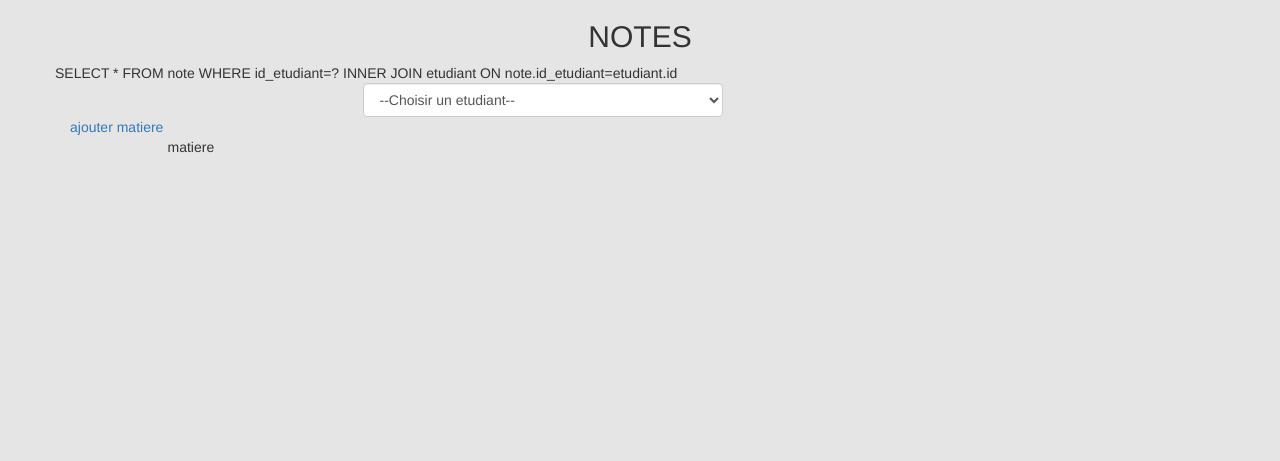
Repository: mitantsoa1/CRUD-note
Page: http://localhost/note
An editor plug-in stored every save of this project. The page is shown before and after the next save, followed by the edit.
The browser window is 1280 px wide. The pictures show the whole page.
The page is run by PHP 8.4 with error messages shown; the project is at /var/www/html/. The database holds what the project's SQL file puts in it.

Above is the page before, as saved 2021-02-12 08:18:09.
Console error: SyntaxError: Unexpected token '<'

### index.php
<?php

require_once ("Controls/Controllers.class.php");
// require_once ("Models/Database.class.php");
// Database::init("localhost","stage","root","");

if(isset($_GET['action'])){
    if(method_exists("Controllers",$_GET['action'])){
        $reflect = new ReflectionMethod("Controllers",$_GET['action']);
        $class = "Controllers";
        $reflect -> invoke(new $class);
    }else{
        Controllers::loadView("erreur.php");
    }
}else{
    Controllers::loadView("indexView.php");
}

?>

### Controls/Controllers.class.php
<?php
	class Controllers{

		public static function loadView($page){
			$page = htmlspecialchars(trim($page)) ;
			include("Views/".$page) ;
		}
		public function index(){
			Controllers::loadView("indexView");
		}
		// pour inclure les portions de page
		public static function includeTemplate($template)
		{
			$template = htmlspecialchars(trim($template));
			include "Views/template_parts/" . $template;
		}
		// inclure du JavaScript
		public static function includeJS($fields)
		{
			$script = "";
			for ($i = 0; $i < count($fields) - 1; $i++) {
				$code = htmlspecialchars(trim($fields[$i]));
				$script .= '<script src="Publics/js/' . $code . '.js"></script>' . "\n\t";
			}
			if ($i == count($fields) - 1) {
				$code = htmlspecialchars(trim($fields[count($fields) - 1]));
				$script .= '<script src="Publics/js/' . $code . '.js"></script>' . "\n";
			}
			echo $script;
		}
		// inclure du CSS
		public static function includeCSS($fields)
		{
			$css = "";
			for ($i = 0; $i < count($fields) - 1; $i++) {
				$code = htmlspecialchars(trim($fields[$i]));
				$css .= '<link rel="stylesheet" href="Publics/css/' . $code . '.css">' . "\n\t";
			}
			if ($i == count($fields) - 1) {
				$code = htmlspecialchars(trim($fields[count($fields) - 1]));
				$css .= '<link rel="stylesheet" href="Publics/css/' . $code . '.css">' . "\n";
			}
			echo $css;
		}

		public function note(){
			Controllers::loadView("note.php");
		}
		public function matiere(){
			Controllers::loadView("matiere.php");
		}
	}

 ?>

### Views/note.php
<!DOCTYPE html>
<html lang="en">
<head>
    <meta charset="UTF-8">
    <meta http-equiv="X-UA-Compatible" content="IE=edge">
    <meta name="viewport" content="width=device-width, initial-scale=1.0">
    <title>note</title>
    <?php
Controllers::includeCSS(["all","bootstrap.min","sweetalert2.min","style","util"]);
?>
</head>
<body>
    <div class="container content-note">
            <h2 class="text-center">NOTES</h2>
        <form action="">
            <div class="row">
                <?php
                    include('Models/Database.class.php');
                    $db = new Database();
                    $tab = $db->select("etudiant")
                                ->execute(null);
                    echo "<div class='col-sm-4 col-sm-offset-3'> <select id='select_etudiant_note' class='form-control'> <option value='choisir' selected='selected'>--Choisir un etudiant--</option>";

                        for($i=0;$i<count($tab);$i++){
                            echo"
                                <option value='".$tab[$i]->id."'>".$tab[$i]->nom." ".$tab[$i]->prenom."</option>
                            ";
                        }

                    echo "</select></div>";


                ?>


            </div>
        </form>
        <a href="matiere" >ajouter matiere</a>
        <div class="nom"></div>
        <div class="row">
            <div class="matiere_table col-sm-8 col-sm-offset-1">matiere</div>
        </div>

    </div>


<?php
Controllers::includeJS(["jquery","bootstrap.min","all","sweetalert2.min","note"]);
?>
</body>
</html>

### Models/Database.class.php
<?php
class Database{
	private $query,$nombreParam, $lastTable;
	private static $conn,$host,$base,$user,$pass,$port ;
		// bd = new PDO("mysql:host=localhost;dbname=nom","user","pass")
		// initialisation
	public static function init($hote,$base,$port,$user,$pass) {
		self::$host=htmlspecialchars(trim($hote)) ;
		self::$base=htmlspecialchars(trim($base)) ;
		self::$user=htmlspecialchars(trim($user)) ;
		self::$pass=htmlspecialchars(trim($pass)) ;

	}
	public static function db() {
		$options = array(PDO::MYSQL_ATTR_INIT_COMMAND => 'SET NAMES utf8',
);


		$url ="mysql:host=".self::$host.";port=".self::$port.";dbname=".self::$base;
		if(!isset(self::$conn)) {
			self::$conn = new PDO($url,self::$user,self::$pass,$options);
		}
		return self::$conn ;

	}
		// execution du requete
	public function execute($value=null) {

			// tester s'il y des trous dans les requetes
			// si c'est une requete de selection
		if (strpos($this->query,"SELECT")>-1) {

			if (strpos($this->query,"?")>-1 ){
				$req = self::db()->prepare($this->query) ;
				$req->execute($value) ;
			}
			else {
				$req = self::db()->query($this->query) ;
			}


			return $req->fetchAll(PDO::FETCH_OBJ);
		}
		else {
			if (strpos($this->query,"?")>-1 ){
				$req = self::db()->prepare($this->query) ;
				$req->execute($value) ;

			}
			else {
				self::db()->query($this->query) ;
			}


			return 0 ;
		}



	}
	public function getQuery() {
		echo $this->query ;
	}
	public function select($table){
		$table=htmlspecialchars(trim($table)) ;
		$this->query = "SELECT * FROM ".$table ;
		$this->lastTable =$table ;
		return $this ;
	}
	public function where($id,$operateur){
		$this->query .= " WHERE ".$id."".$operateur."?";

		return $this ;
	}
	public function et($id,$operateur) {
		$this->query .= " AND ".$id."".$operateur."?";

		return $this ;
	}
	public function ou($id,$operateur) {
		$this->query .= " OR ".$id."".$operateur."?";

		return $this ;
	}
		// insertion
	public function insert($table) {
		$this->query="INSERT INTO ".$table ;
		return $this ;
	}
	// mise à jours
	public function update($table) {
		$this->query="UPDATE ".$table ;
		return $this ;
	}
	public function parametters($fields) {
		if (strpos($this->query,"INSERT")>-1){
			// insertion
			$listeFields="(" ;
			$valeur="VALUES (" ;
			for ($i=0; $i <count($fields) ; $i++) {
				$listeFields.=$fields[$i]."," ;
				$valeur.="?," ;
			}

			$listeFields=trim($listeFields,",").")" ;

			$valeur=trim($valeur,",").")" ;
			$this->query.=" ".$listeFields ;
			$this->query.=" ".$valeur ;
		}
		else if (strpos($this->query,"UPDATE")>-1){
			$listeFields="SET " ;
			for ($i=0; $i <count($fields); $i++) {
				$listeFields.=$fields[$i]."=?," ;
			}
			$listeFields=trim($listeFields,",") ;
			$this->query.=" ".$listeFields ;
		}

		return $this ;
	}

		// suppréssion
	public function delete($table) {
		$table=htmlspecialchars(trim($table)) ;
		$this->query=" DELETE FROM ".$table;
		return $this ;
	}
	public function order($param) {
		$this->query.=" ORDER BY " ;
		$listeOrder="" ;
		foreach ($param as $key => $value) {
			$listeOrder.=$key. " ".$value."," ;
		}
		$listeOrder=trim($listeOrder,",") ;
		$this->query.=$listeOrder ;
		return $this ;
	}
	public function inner($table2,$id1) {
		$table2=htmlspecialchars(trim($table2)) ;
		$id1= htmlspecialchars(trim($id1)) ;

		$this->query.=" INNER JOIN ".$table2." ON ".$this->lastTable.".".$id1."=".$table2.".".$id1 ;
		$this->lastTable=$table2;
		return $this;
	}
	// inner join id différent
	public function innerD($table2,$id1,$id2) {
		$table2=htmlspecialchars(trim($table2)) ;
		$id1= htmlspecialchars(trim($id1)) ;

		$this->query.=" INNER JOIN ".$table2." ON ".$this->lastTable.".".$id1."=".$table2.".".$id2 ;
		$this->lastTable=$table2;
		return $this;
	}
	public function sum($table,$fields) {
		$fields = htmlspecialchars(trim($fields)) ;
		$table = htmlspecialchars(trim($table)) ;
		$this->query="SELECT SUM(".$fields.") AS somme FROM ".$table ;
		return $this ;
	}
	// selection avec paramètre
	public function selectParam($table,$listeFields) {
		$reqBase ="SELECT " ;
		for ($i=0; $i <count($listeFields) ; $i++) {
			$reqBase.=$listeFields[$i]."," ;
		}
		$this->query = trim($reqBase,",")." FROM ".$table;
		return $this ;


	}
	public function customSelect($requete) {
		$req = self::db()->query($requete) ;

		return $req->fetchAll(PDO::FETCH_OBJ);
	}

}
	Database::init("localhost","scolarite","3306","root","");

	//ALTER TABLE `note` ADD `francais` IF NOT EXISTS DOUBLE NOT NULL DEFAULT '0.0'
$db = new Database();
 $tab = $db->select("note")
                    ->where("id_etudiant","=")
                    ->innerD("etudiant","id_etudiant","id")
					->getQuery();
?>

### Views/erreur.php
<!DOCTYPE html>
<html lang="fr">
<head>
    <meta charset="UTF-8">
    <meta name="viewport" content="width=device-width, initial-scale=1.0">
    <title>Page invalide</title>
</head>
<body>
    <h1>ERROR 404</h1>

        <p>Cette page n'est pas disponible</p>
</body>
</html>

### Controls/ajax.php
<?php
    include("../Models/Database.class.php");
    header('Content-type: application/json');
    $db = new Database();

    if(isset($_POST['data'])){
        $tab = $db->select("etudiant")
                ->execute();
        echo json_encode($tab);
    }

    if(isset($_POST['nom'])){
        $nom = htmlspecialchars(trim($_POST['nom']));
        $prenom = htmlspecialchars(trim($_POST['prenom']));
        $dtn = htmlspecialchars(trim($_POST['date_naissance']));
        $sexe = $_POST['sexe'];

        $db->insert("etudiant")
            ->parametters(["nom","prenom","date_de_naissance","sexe"])
            ->execute([$nom,$prenom,$dtn,$sexe]);
        echo json_encode("ok");
    }

    if(isset($_POST['id_effacer'])){
        $db->delete("etudiant")
            ->where("id","=")
            ->execute([$_POST['id_effacer']]);
        echo json_encode("effacer");
    }

    if(isset($_POST['id_modifier'])){
        $tab=$db->select("etudiant")
            ->where("id","=")
            ->execute([$_POST['id_modifier']]);
        echo json_encode($tab);
    }
    if(isset($_POST['nom_modif'])){
        $nom = htmlspecialchars(trim($_POST['nom_modif']));
        $prenom = htmlspecialchars(trim($_POST['prenom']));
        $dtn = htmlspecialchars(trim($_POST['date_naissance']));
        $sexe = $_POST['sexe'];
        $id = htmlspecialchars(trim($_POST["id"]));

        $db->update("etudiant")
            ->parametters(["nom","prenom","date_de_naissance","sexe"])
            ->where("id","=")
            ->execute([$nom,$prenom,$dtn,$sexe,$id]);
        echo json_encode("ok");
    }

    if(isset($_POST['etudiant'])){
        $tab=$db->select("etudiant")
                ->where("id","=")
                ->execute([$_POST['etudiant']]);
        echo json_encode($tab);
    }

    if(isset($_POST["affiche_matiere"])){
        $tab=$db->select("matiere")
                ->execute(null);
        echo json_encode($tab);
    }

    if(isset($_POST["nom_matiere"])){
        $matiere = htmlspecialchars(trim($_POST["nom_matiere"]));
        $tab=$db->select("matiere")
                ->where("nom_matiere","=")
                ->execute([$matiere]);

                if(count($tab)>0){
                    echo json_encode("non");
                }else{
                    $db->insert("matiere")
                        ->parametters(["nom_matiere"])
                        ->execute([$matiere]);
                        //APINA ALTER TABLE
                    echo json_encode("ok");
                }
    }

    if(isset($_POST['id_mat_effacer'])){
        $db->delete("matiere")
            ->where("id_matiere","=")
            ->execute([$_POST['id_mat_effacer']]);
        echo json_encode("effacer");
    }

    if(isset($_POST['id_mat_modifier'])){
        $tab=$db->select("matiere")
            ->where("id_matiere","=")
            ->execute([$_POST['id_mat_modifier']]);
        echo json_encode($tab);
    }
    if(isset($_POST['nom_mat_modif'])){
        $matiere = htmlspecialchars(trim($_POST['nom_mat_modif']));
        $id = htmlspecialchars(trim($_POST["id"]));

        $db->update("matiere")
            ->parametters(["nom_matiere"])
            ->where("id_matiere","=")
            ->execute([$matiere,$id]);
        echo json_encode("ok");
    }

    if(isset($_POST['affiche_note'])){
        $tab = $db->select("matiere")
                    ->execute(null);

        echo json_encode($tab);

    }

    if(isset($_POST['id_etudiant'])){
        $tab = $db->select("note")
                    ->where("id_etudiant","=")
                    ->innerD("etudiant","id_etudiant","id")
                    ->execute([$_POST['id_etudiant'],$_POST['id_etudiant']]);

                    echo json_encode($tab);
    }

?>

### Publics/css/style.css
body {
    margin: 0;
    padding: 0;
    background: rgba(0, 0, 0, .1);
}

.content {
    width: 50vw;
    min-width: 300px;
    background: white;
    padding: 10px 20px 0 !important;
    margin: 10px auto;
    border: white 1px solid !important;
    border-radius: 10px !important;
}

.content .titre {
    padding: 0;
    margin: 0;
}

.boutton {
    display: block;
    margin: 0 auto;
    width: 100px;
}

#btn_modification {
    margin-left: 30%;
}

.table_etudiant {
    position: relative;
    height: auto;
    max-height: 150px;
    overflow: auto;
}

.table_etudiant thead {
    position: sticky;
    top: 0;
    background: black;
    color: white;
}

### scolarite.sql (the tables this page reads)
CREATE TABLE IF NOT EXISTS `etudiant` (
  `id` int(11) NOT NULL AUTO_INCREMENT,
  `nom` varchar(255) NOT NULL,
  `prenom` varchar(255) NOT NULL,
  `date_de_naissance` date NOT NULL,
  `sexe` varchar(30) NOT NULL,
  PRIMARY KEY (`id`)
) ENGINE=MyISAM AUTO_INCREMENT=9 DEFAULT CHARSET=utf8;

INSERT INTO `etudiant` (`id`, `nom`, `prenom`, `date_de_naissance`, `sexe`) VALUES
(5, 'mitantsoa', 'mi', '2021-01-26', 'femme'),
(8, 'rabe', 'be', '2021-01-25', 'femme');

CREATE TABLE IF NOT EXISTS `matiere` (
  `id_matiere` int(11) NOT NULL AUTO_INCREMENT,
  `nom_matiere` varchar(255) NOT NULL,
  PRIMARY KEY (`id_matiere`)
) ENGINE=MyISAM AUTO_INCREMENT=8 DEFAULT CHARSET=utf8;

INSERT INTO `matiere` (`id_matiere`, `nom_matiere`) VALUES
(1, 'francais'),
(7, 'physique'),
(3, 'mathematiques'),
(6, 'Malagasy');

Loaded but not shown: Publics/css/all.css (library); Publics/css/bootstrap.min.css (library); Publics/css/sweetalert2.min.css (library); Publics/js/jquery.js (library); Publics/js/bootstrap.min.js (library); Publics/js/note.js (51 lines, source omitted); Publics/css/util.css (9878 lines, source omitted)

After the next save:
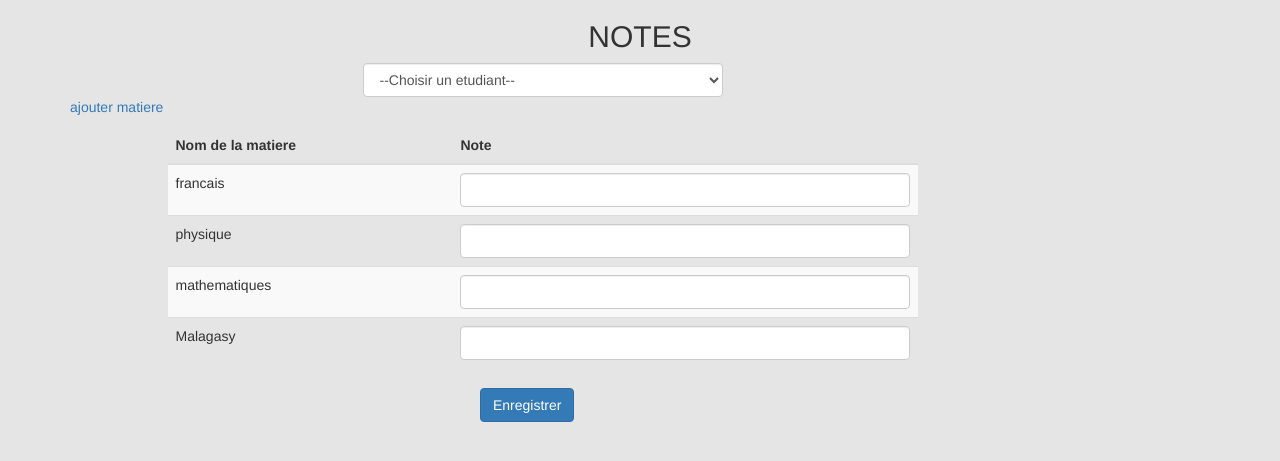
Saved 23 s later.
--- a/Models/Database.class.php
+++ b/Models/Database.class.php
@@ -180,9 +180,9 @@
 	Database::init("localhost","scolarite","3306","root","");
 
 	//ALTER TABLE `note` ADD `francais` IF NOT EXISTS DOUBLE NOT NULL DEFAULT '0.0'
-$db = new Database();
- $tab = $db->select("note")
-                    ->where("id_etudiant","=")
-                    ->innerD("etudiant","id_etudiant","id")
-					->getQuery();
+// $db = new Database();
+//  $tab = $db->select("note")
+//                     ->where("id_etudiant","=")
+//                     ->innerD("etudiant","id_etudiant","id")
+// 					->getQuery();
 ?>

After the 2 saves that followed:
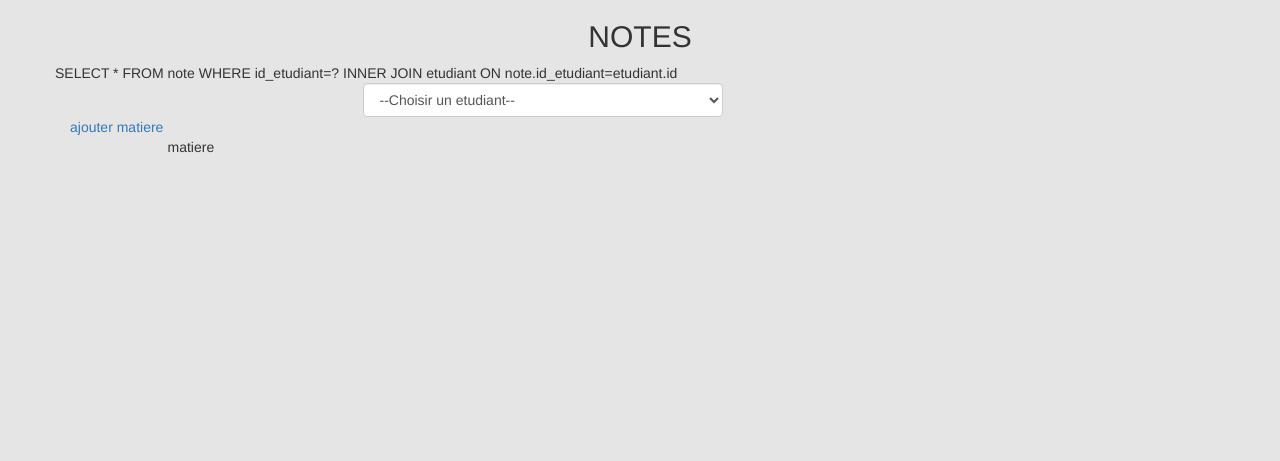
The 2 saves are shown as one change because 1 left the picture as it was.
The last was saved 83 s later.
--- a/Models/Database.class.php
+++ b/Models/Database.class.php
@@ -180,9 +180,9 @@
 	Database::init("localhost","scolarite","3306","root","");
 
 	//ALTER TABLE `note` ADD `francais` IF NOT EXISTS DOUBLE NOT NULL DEFAULT '0.0'
-// $db = new Database();
-//  $tab = $db->select("note")
-//                     ->where("id_etudiant","=")
-//                     ->innerD("etudiant","id_etudiant","id")
-// 					->getQuery();
+$db = new Database();
+ $tab = $db->select("note")
+                    ->where("id_etudiant","=")
+                    ->innerD("etudiant","id_etudiant","id")
+					->getQuery();
 ?>
--- a/Controls/ajax.php
+++ b/Controls/ajax.php
@@ -114,7 +114,7 @@
         $tab = $db->select("note")
                     ->where("id_etudiant","=")
                     ->innerD("etudiant","id_etudiant","id")
-                    ->execute([$_POST['id_etudiant'],$_POST['id_etudiant']]);
+                    ->execute([$_POST['id_etudiant']]);
 
                     echo json_encode($tab);
     }
